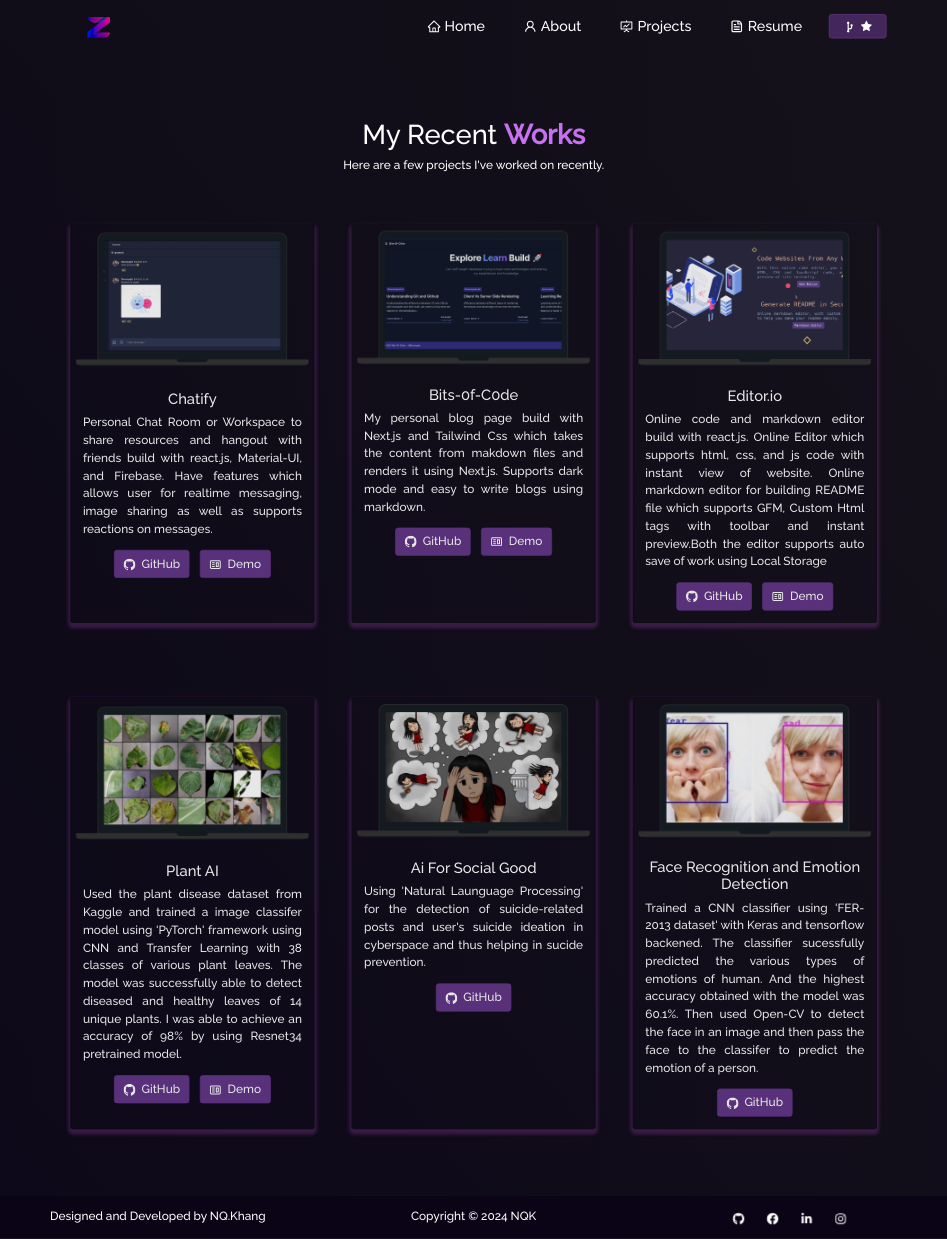
Repository: nqk0605/Portfolio
Page: /project
An editor plug-in stored every save of this project. The page is shown before and after the next save, followed by the edit.
The browser window is 1280 px wide. The pictures show the whole page, at 74% of full size.
The project was rebuilt for these pictures with package versions that can differ from the ones it lists, and the page was loaded fresh each time. Also part of the build but not shown: src/components/Home/Home2.jsx, src/components/Home/Type.jsx, src/components/Home/Home.jsx, src/components/About/Github.jsx, src/components/About/Techstack.jsx, src/components/About/AboutCard.jsx, src/components/About/Toolstack.jsx, src/components/About/About.jsx and 1 more. Imported but missing from the stored project, and not drawn on this page: src/Assets/Nguyen Quoc Khang_CV.pdf.

Above is the page before, as saved 2024-08-22 02:33:18.

### public/index.html
<!DOCTYPE html>
<html lang="en">

<head>
  <meta charset="utf-8" />
  <link rel="icon" href="%PUBLIC_URL%/favicon.ico" />
  <meta name="viewport" content="width=device-width, initial-scale=1" />
  <meta name="theme-color" content="#000000" />
  <link rel="manifest" href="%PUBLIC_URL%/manifest.json" />
  <title>Nguyen Quoc Khang | Portfolio</title>
</head>

<body>
  <div id="root"></div>
</body>

</html>

### src/components/Navbar.jsx
import React, { useState } from "react";
import Navbar from "react-bootstrap/Navbar";
import Nav from "react-bootstrap/Nav";
import Container from "react-bootstrap/Container";
import logo from "../Assets/logo.png";
import Button from "react-bootstrap/Button";
import { Link } from "react-router-dom";
import { CgGitFork } from "react-icons/cg";
import {
  AiFillStar,
  AiOutlineHome,
  AiOutlineFundProjectionScreen,
  AiOutlineUser,
} from "react-icons/ai";

import { CgFileDocument } from "react-icons/cg";

function NavBar() {
  const [expand, updateExpanded] = useState(false);
  const [navColour, updateNavbar] = useState(false);

  function scrollHandler() {
    if (window.scrollY >= 20) {
      updateNavbar(true);
    } else {
      updateNavbar(false);
    }
  }

  window.addEventListener("scroll", scrollHandler);

  return (
    <Navbar
      expanded={expand}
      fixed="top"
      expand="md"
      className={navColour ? "sticky" : "navbar"}
    >
      <Container>
        <Navbar.Brand href="/" className="d-flex">
          <img
            src={logo}
            className="img-fluid logo"
            alt="brand"
          />
        </Navbar.Brand>
        <Navbar.Toggle
          aria-controls="responsive-navbar-nav"
          onClick={() => {
            updateExpanded(expand ? false : "expanded");
          }}
        >
          <span></span>
          <span></span>
          <span></span>
        </Navbar.Toggle>
        <Navbar.Collapse id="responsive-navbar-nav">
          <Nav className="ms-auto" defaultActiveKey="#home">
            <Nav.Item>
              <Nav.Link
                as={Link}
                to="/"
                onClick={() => updateExpanded(false)}
              >
                <AiOutlineHome
                  style={{ marginBottom: "2px" }}
                />{" "}
                Home
              </Nav.Link>
            </Nav.Item>

            <Nav.Item>
              <Nav.Link
                as={Link}
                to="/about"
                onClick={() => updateExpanded(false)}
              >
                <AiOutlineUser
                  style={{ marginBottom: "2px" }}
                />{" "}
                About
              </Nav.Link>
            </Nav.Item>

            <Nav.Item>
              <Nav.Link
                as={Link}
                to="/project"
                onClick={() => updateExpanded(false)}
              >
                <AiOutlineFundProjectionScreen
                  style={{ marginBottom: "2px" }}
                />{" "}
                Projects
              </Nav.Link>
            </Nav.Item>

            <Nav.Item>
              <Nav.Link
                as={Link}
                to="/resume"
                onClick={() => updateExpanded(false)}
              >
                <CgFileDocument
                  style={{ marginBottom: "2px" }}
                />{" "}
                Resume
              </Nav.Link>
            </Nav.Item>

            <Nav.Item className="fork-btn">
              <Button
                href="https://github.com/nqk0605/Porfolio"
                target="_blank"
                className="fork-btn-inner"
              >
                <CgGitFork style={{ fontSize: "1.2em" }} />{" "}
                <AiFillStar style={{ fontSize: "1.1em" }} />
              </Button>
            </Nav.Item>
          </Nav>
        </Navbar.Collapse>
      </Container>
    </Navbar>
  );
}

export default NavBar;

### src/components/Projects/Projects.jsx
import React from "react";
import { Container, Row, Col } from "react-bootstrap";
import ProjectCard from "./ProjectCards";
import Particle from "../Particle";
import leaf from "../../Assets/Projects/leaf.png";
import emotion from "../../Assets/Projects/emotion.png";
import editor from "../../Assets/Projects/codeEditor.png";
import chatify from "../../Assets/Projects/chatify.png";
import suicide from "../../Assets/Projects/suicide.png";
import bitsOfCode from "../../Assets/Projects/blog.png";

function Projects() {
  return (
    <Container fluid className="project-section">
      <Particle />
      <Container>
        <h1 className="project-heading">
          My Recent <strong className="purple">Works </strong>
        </h1>
        <p style={{ color: "white" }}>
          Here are a few projects I've worked on recently.
        </p>
        <Row style={{ justifyContent: "center", paddingBottom: "10px" }}>
          <Col md={4} className="project-card">
            <ProjectCard
              imgPath={chatify}
              isBlog={false}
              title="Chatify"
              description="Personal Chat Room or Workspace to share resources and hangout with friends build with react.js, Material-UI, and Firebase. Have features which allows user for realtime messaging, image sharing as well as supports reactions on messages."
              ghLink="https://github.com/soumyajit4419/Chatify"
              demoLink="https://chatify-49.web.app/"
            />
          </Col>

          <Col md={4} className="project-card">
            <ProjectCard
              imgPath={bitsOfCode}
              isBlog={false}
              title="Bits-0f-C0de"
              description="My personal blog page build with Next.js and Tailwind Css which takes the content from makdown files and renders it using Next.js. Supports dark mode and easy to write blogs using markdown."
              ghLink="https://github.com/soumyajit4419/Bits-0f-C0de"
              demoLink="https://blogs.soumya-jit.tech/"
            />
          </Col>

          <Col md={4} className="project-card">
            <ProjectCard
              imgPath={editor}
              isBlog={false}
              title="Editor.io"
              description="Online code and markdown editor build with react.js. Online Editor which supports html, css, and js code with instant view of website. Online markdown editor for building README file which supports GFM, Custom Html tags with toolbar and instant preview.Both the editor supports auto save of work using Local Storage"
              ghLink="https://github.com/soumyajit4419/Editor.io"
              demoLink="https://editor.soumya-jit.tech/"
            />
          </Col>

          <Col md={4} className="project-card">
            <ProjectCard
              imgPath={leaf}
              isBlog={false}
              title="Plant AI"
              description="Used the plant disease dataset from Kaggle and trained a image classifer model using 'PyTorch' framework using CNN and Transfer Learning with 38 classes of various plant leaves. The model was successfully able to detect diseased and healthy leaves of 14 unique plants. I was able to achieve an accuracy of 98% by using Resnet34 pretrained model."
              ghLink="https://github.com/soumyajit4419/Plant_AI"
              demoLink="https://plant49-ai.herokuapp.com/"
            />
          </Col>

          <Col md={4} className="project-card">
            <ProjectCard
              imgPath={suicide}
              isBlog={false}
              title="Ai For Social Good"
              description="Using 'Natural Launguage Processing' for the detection of suicide-related posts and user's suicide ideation in cyberspace  and thus helping in sucide prevention."
              ghLink="https://github.com/soumyajit4419/AI_For_Social_Good"
              // demoLink="https://www.youtube.com/watch?v=dQw4w9WgXcQ&ab_channel=RickAstley" <--------Please include a demo link here
            />
          </Col>

          <Col md={4} className="project-card">
            <ProjectCard
              imgPath={emotion}
              isBlog={false}
              title="Face Recognition and Emotion Detection"
              description="Trained a CNN classifier using 'FER-2013 dataset' with Keras and tensorflow backened. The classifier sucessfully predicted the various types of emotions of human. And the highest accuracy obtained with the model was 60.1%.
              Then used Open-CV to detect the face in an image and then pass the face to the classifer to predict the emotion of a person."
              ghLink="https://github.com/soumyajit4419/Face_And_Emotion_Detection"
              // demoLink="https://blogs.soumya-jit.tech/"      <--------Please include a demo link here
            />
          </Col>
        </Row>
      </Container>
    </Container>
  );
}

export default Projects;

### src/components/Footer.jsx
import React from "react";
import { Container, Row, Col } from "react-bootstrap";
import {
  FaGithub,
  FaFacebook,
  FaLinkedinIn,
  FaInstagram,
} from "react-icons/fa";

function Footer() {
  let date = new Date();
  let year = date.getFullYear();
  return (
    <Container fluid className="footer">
      <Row>
        <Col md="4" className="footer-copywright">
          <h3>Designed and Developed by NQ.Khang</h3>
        </Col>
        <Col md="4" className="footer-copywright">
          <h3>Copyright © {year} NQK</h3>
        </Col>
        <Col md="4" className="footer-body">
          <ul className="footer-icons">
            <li className="social-icons">
              <a
                href="https://github.com/nqk0605"
                style={{ color: "white" }}
                target="_blank"
                rel="noopener noreferrer"
              >
                <FaGithub />
              </a>
            </li>
            <li className="social-icons">
              <a
                href="https://www.facebook.com/khang065/"
                style={{ color: "white" }}
                target="_blank"
                rel="noopener noreferrer"
              >
                <FaFacebook />
              </a>
            </li>
            <li className="social-icons">
              <a
                href="https://www.linkedin.com/in/quockhang0605/"
                style={{ color: "white" }}
                target="_blank"
                rel="noopener noreferrer"
              >
                <FaLinkedinIn />
              </a>
            </li>
            <li className="social-icons">
              <a
                href="https://www.instagram.com/nqk06_5/"
                style={{ color: "white" }}
                target="_blank"
                rel="noopener noreferrer"
              >
                <FaInstagram />
              </a>
            </li>
          </ul>
        </Col>
      </Row>
    </Container>
  );
}

export default Footer;

### src/components/Particle.jsx
import React from "react";
import Particles from "react-tsparticles";

function Particle() {
  return (
    <Particles
      id="tsparticles"
      params={{
        particles: {
          number: {
            value: 160,
            density: {
              enable: true,
              value_area: 1500,
            },
          },
          line_linked: {
            enable: false,
            opacity: 0.03,
          },
          move: {
            direction: "right",
            speed: 0.05,
          },
          size: {
            value: 1,
          },
          opacity: {
            anim: {
              enable: true,
              speed: 1,
              opacity_min: 0.05,
            },
          },
        },
        interactivity: {
          events: {
            onclick: {
              enable: true,
              mode: "push",
            },
          },
          modes: {
            push: {
              particles_nb: 1,
            },
          },
        },
        retina_detect: true,
      }}
    />
  );
}

export default Particle;

### src/components/Projects/ProjectCards.jsx
import React from "react";
import Card from "react-bootstrap/Card";
import Button from "react-bootstrap/Button";
import { CgWebsite } from "react-icons/cg";
import { BsGithub } from "react-icons/bs";

function ProjectCards(props) {
  return (
    <Card className="project-card-view">
      <Card.Img variant="top" src={props.imgPath} alt="card-img" />
      <Card.Body>
        <Card.Title>{props.title}</Card.Title>
        <Card.Text style={{ textAlign: "justify" }}>
          {props.description}
        </Card.Text>
        <Button variant="primary" href={props.ghLink} target="_blank">
          <BsGithub /> &nbsp;
          {props.isBlog ? "Blog" : "GitHub"}
        </Button>
        {"\n"}
        {"\n"}

        {/* If the component contains Demo link and if it's not a Blog then, it will render the below component  */}

        {!props.isBlog && props.demoLink && (
          <Button
            variant="primary"
            href={props.demoLink}
            target="_blank"
            style={{ marginLeft: "10px" }}
          >
            <CgWebsite /> &nbsp;
            {"Demo"}
          </Button>
        )}
      </Card.Body>
    </Card>
  );
}
export default ProjectCards;

Loaded but not shown: src/index.jsx (common file); src/index.css (common file); src/App.js (common file); src/reportWebVitals.jsx (common file); src/components/Pre.jsx (common file); src/components/ScrollToTop.jsx (common file); src/App.css (common file); src/style.css (707 lines, source omitted)

After the next save:
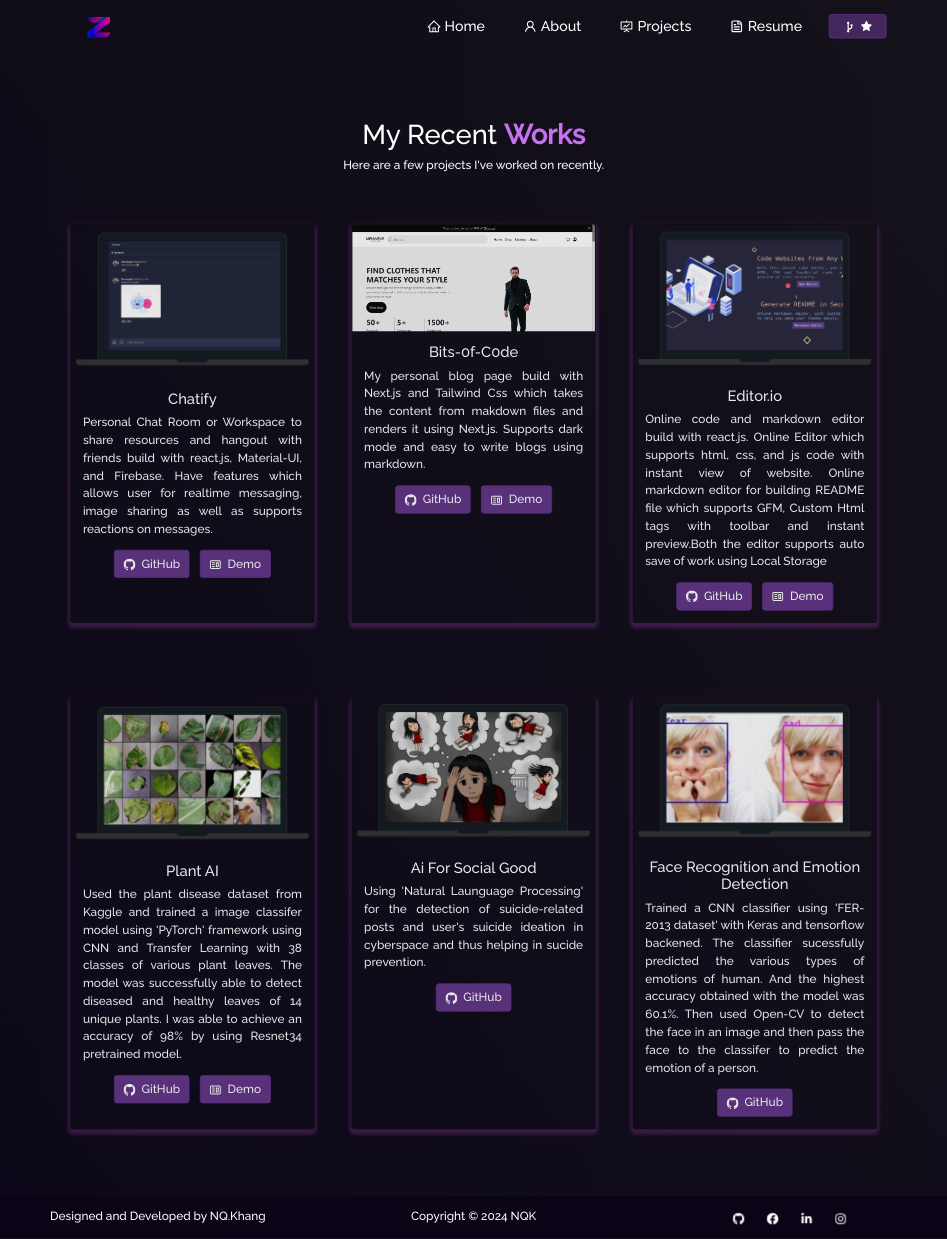
Saved 3 min 37 s later.
--- a/src/components/Projects/Projects.jsx
+++ b/src/components/Projects/Projects.jsx
@@ -7,7 +7,7 @@ import emotion from "../../Assets/Projects/emotion.png";
 import editor from "../../Assets/Projects/codeEditor.png";
 import chatify from "../../Assets/Projects/chatify.png";
 import suicide from "../../Assets/Projects/suicide.png";
-import bitsOfCode from "../../Assets/Projects/blog.png";
+import bitsOfCode from "../../Assets/Projects/ecshop.png";
 
 function Projects() {
   return (
@@ -15,12 +15,18 @@ function Projects() {
       <Particle />
       <Container>
         <h1 className="project-heading">
-          My Recent <strong className="purple">Works </strong>
+          My Recent{" "}
+          <strong className="purple">Works </strong>
         </h1>
         <p style={{ color: "white" }}>
           Here are a few projects I've worked on recently.
         </p>
-        <Row style={{ justifyContent: "center", paddingBottom: "10px" }}>
+        <Row
+          style={{
+            justifyContent: "center",
+            paddingBottom: "10px",
+          }}
+        >
           <Col md={4} className="project-card">
             <ProjectCard
               imgPath={chatify}
